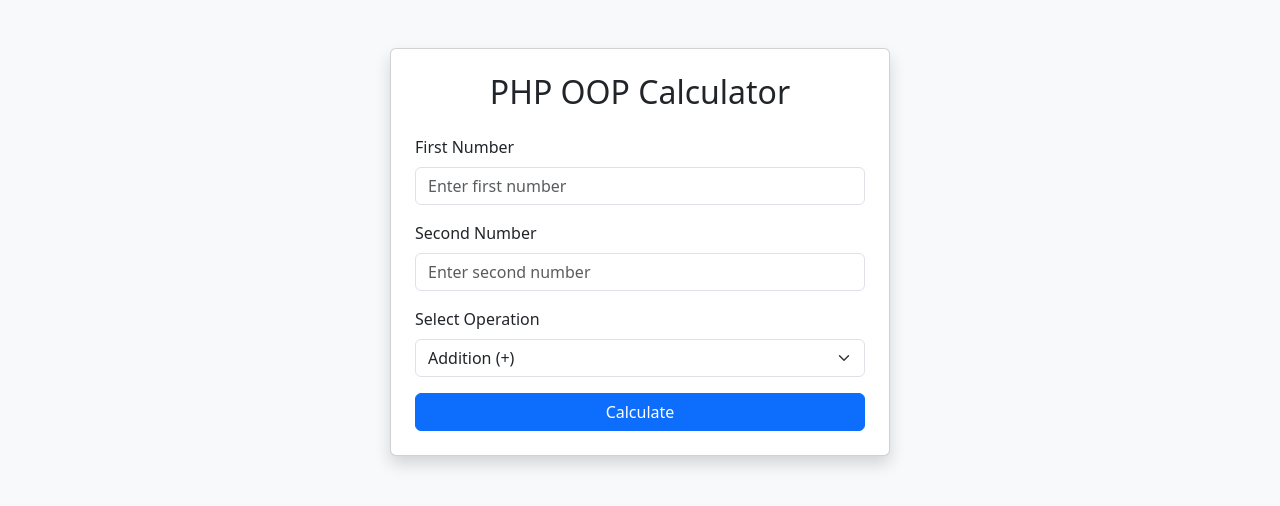
Repository: karkinoob/SimpleCalculator
Page: http://localhost/
These files come from the project's save history. The page is drawn as it stood at one moment and after the next save; the edit follows.
The browser window is 1280 px wide. The pictures show the whole page.
The page is run by PHP 8.4 with error messages shown; the project is at /var/www/html/.

Above is the page before, as saved 2025-05-08 17:25:29.

After the next save:
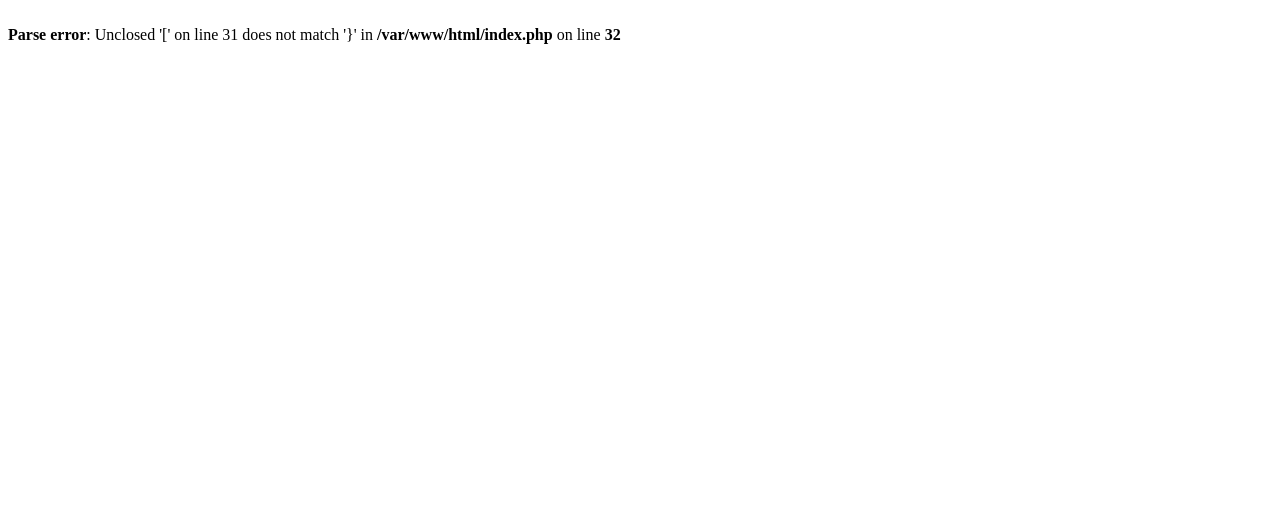
Saved 6 s later.
--- a/index.php
+++ b/index.php
@@ -28,8 +28,7 @@ $result = "";
          if ($_SERVER["REQUEST_METHOD"] == "POST") {
             $num1 = $_POST["num1"];
             $num2 = $_POST["num2"];
-            $operation = $_POST["operation"];
-
+            $operation = $_POST["operation"
          }
 
 ?>
